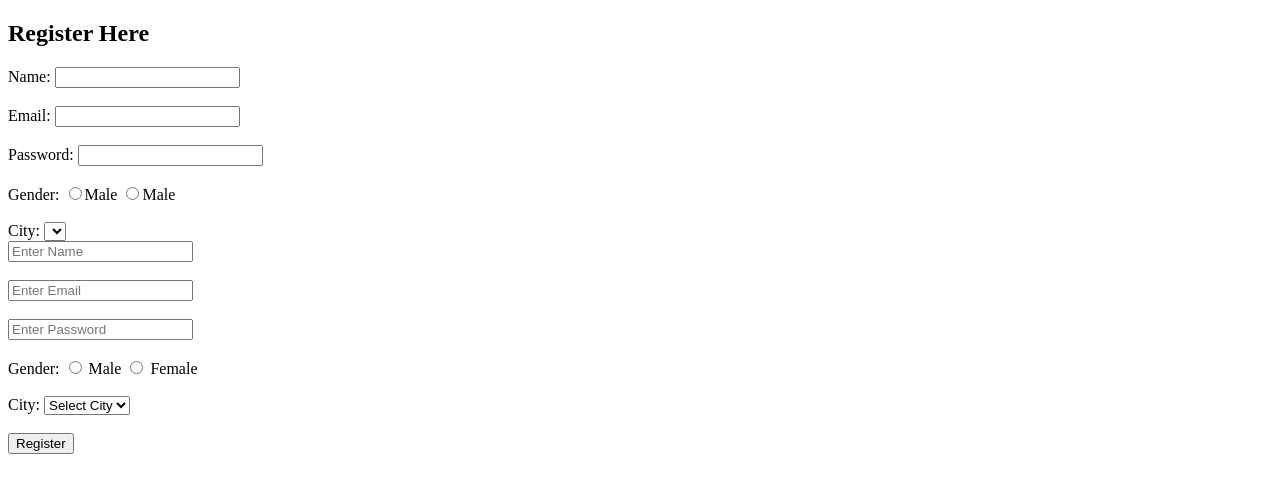
Repository: adhiraj-adhi/Spring_Programs
Page: http://localhost/WebMVCDemo8SpringFormTagLib1/WEB-INF/views/register.jsp
The author's editor kept a copy of each file at every save. The page is drawn from the files as they stood at one save, then again after the next save.
The browser window is 1280 px wide. The pictures show the whole page.
The page is served by Tomcat 10. Nobody is signed in. Other server files are loaded and not shown. The template is opened directly, without the code that normally fills it, so the values that code supplies are empty.

Above is the page before, as saved 2024-03-06 19:28:36.

### Web MVC/WebMVCDemo8SpringFormTagLib1/src/main/webapp/WEB-INF/views/register.jsp
<%@ page language="java" contentType="text/html; charset=UTF-8"
    pageEncoding="UTF-8"%>

<!-- We know that to use any other external tags we have to use taglib so
	 To use Spring Form Tag Library we have to use taglib as
-->
<%@ taglib uri="http://www.springframework.org/tags/form" prefix="form" %>

<!DOCTYPE html>
<html>
<head>
<meta charset="UTF-8">
<title>Insert title here</title>
</head>
<body>
	<h2> Register Here </h2>

	<!-- Now, to create form using Spring Form Tag Library -->
	<form:form action="register" method="post">
		Name: <form:input path="name" /><br/><br/>
		Email: <form:input path="email"/> <br/><br/>
		Password: <form:password path="" /><br/><br/>
		Gender: <form:radiobutton path="gender" label="Male" value="Male" />
				<form:radiobutton path="gender" label="Male" value="Male" /><br/><br/>
		City: <form:select path="city">

			  </form:select>
	</form:form>



	<form action="register" method="post">
		<input type="text" name="name" placeholder="Enter Name" /><br/><br/>
		<input type="email" name="email" placeholder="Enter Email" /><br/><br/>
		<input type="password" name="password" placeholder="Enter Password" /><br/><br/>
		Gender: <input type="radio" name="gender" value="Male" /> Male <input type="radio" name="gender" value="Female" /> Female<br/><br/>

		City: <select name="city">
				<option value="Select City" > Select City </option>
				<option value="Delhi" > Delhi </option>
				<option value="Kolkata" > Kolkata </option>
				<option value="Pune" > Pune </option>
			  </select><br/><br/>
		<input type="submit" value="Register" />
	</form>
</body>
</html>

After the next save:
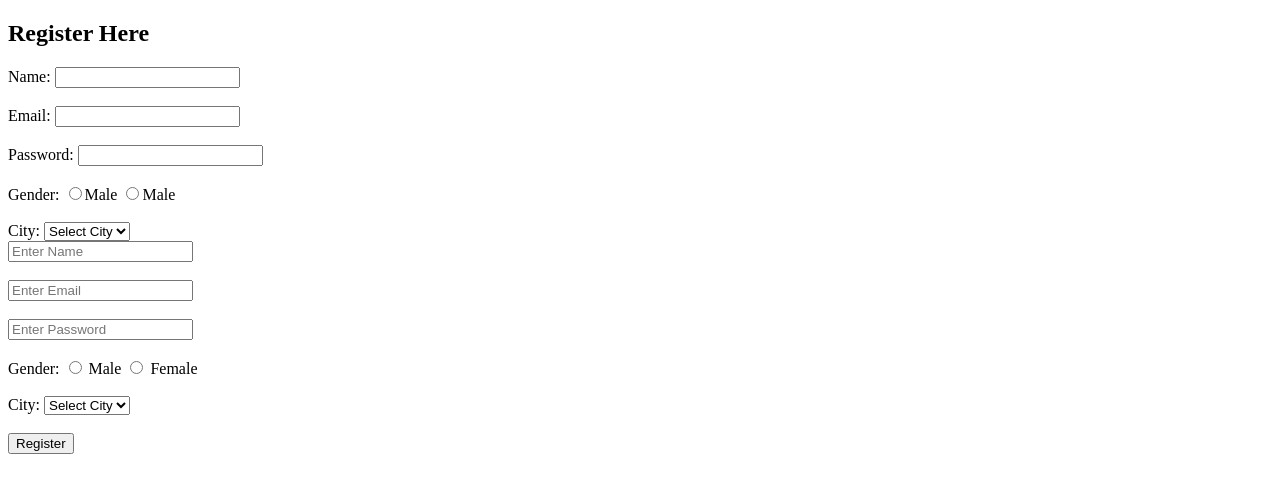
Saved 91 s later.
--- a/Web MVC/WebMVCDemo8SpringFormTagLib1/src/main/webapp/WEB-INF/views/register.jsp
+++ b/Web MVC/WebMVCDemo8SpringFormTagLib1/src/main/webapp/WEB-INF/views/register.jsp
@@ -23,7 +23,10 @@
 		Gender: <form:radiobutton path="gender" label="Male" value="Male" />
 				<form:radiobutton path="gender" label="Male" value="Male" /><br/><br/>
 		City: <form:select path="city">
-
+				<form:option value="Select Citry"> Select City </form:option>
+				<form:option value="Delhi"> Delhi </form:option>
+				<form:option value="Kolkata"> Kolkata </form:option>
+				<form:option value="Pune"> Pune </form:option>
 			  </form:select>
 	</form:form>
 
